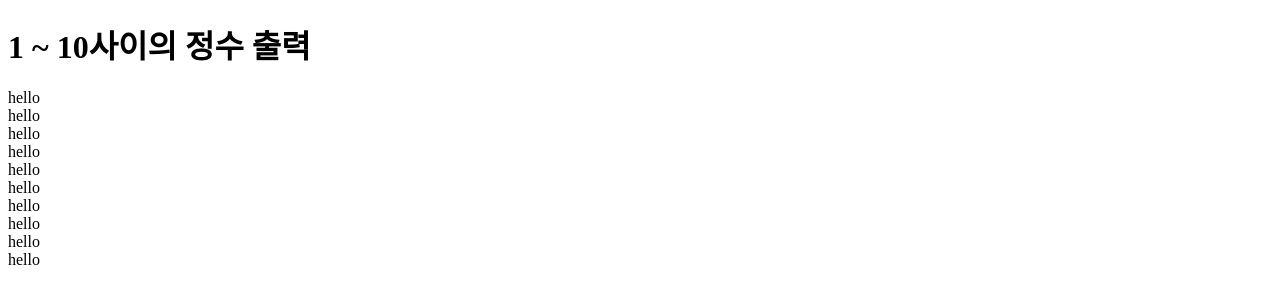
Repository: sunnny10/web-workspace
Page: http://localhost/Lecture-Web/jsp/basic/exam02.jsp
These files come from the project's save history. The page is drawn as it stood at one moment and after the next save; the edit follows.
The browser window is 1280 px wide. The pictures show the whole page.
The page is served by Tomcat 9.

Above is the page before, as saved 2022-06-02 06:06:19.

After the next save:
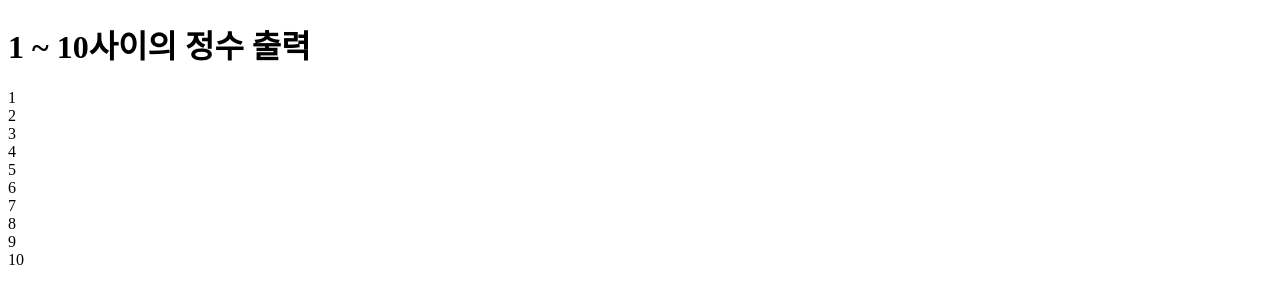
Saved 2 min 20 s later.
--- a/Lecture-Web/src/main/webapp/jsp/basic/exam02.jsp
+++ b/Lecture-Web/src/main/webapp/jsp/basic/exam02.jsp
@@ -11,7 +11,7 @@
 	<%
 		for(int i=1; i<=10; i++) {
 	%>
-		hello<br>
+		<%= i %><br>
 	<%
 		}
 	%>
